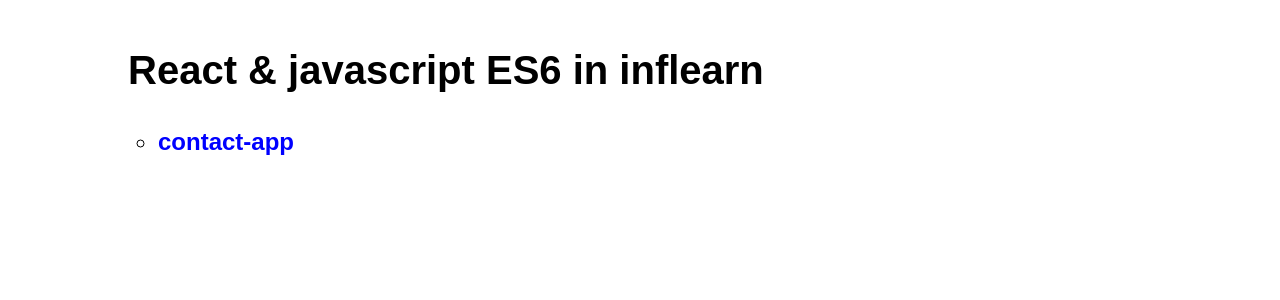
Repository: Hjinyyyy/react_beginner
Page: index.html
An editor plug-in stored every save of this project. The page is shown before and after the next save, followed by the edit.
The browser window is 1280 px wide. The pictures show the whole page.

Above is the page before, as saved 2021-10-26 14:32:10.

After the next save:
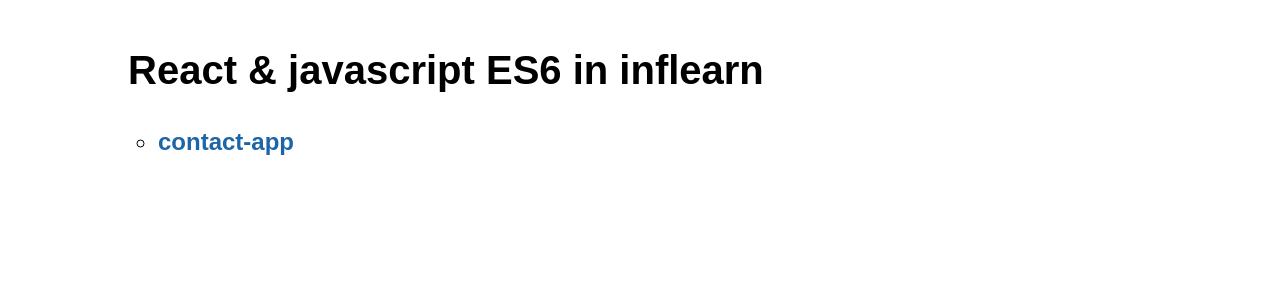
Saved 5 min 34 s later.
--- a/css/default.css
+++ b/css/default.css
@@ -3,5 +3,5 @@
 .wrap ul { margin: 40px 0 0; }
 .wrap li { list-style: circle; margin: 20px 0 0 30px; font-size: 1.5rem; }
 .wrap li:first-child { margin: 0 0 0 30px; }
-.wrap li a { color: blue; font-weight: 600; }
-.wrap li a:hover { color: yellow; }
+.wrap li a { color: #1e65a7; font-weight: 600; }
+.wrap li a:hover { color: #e0ab2b; }
